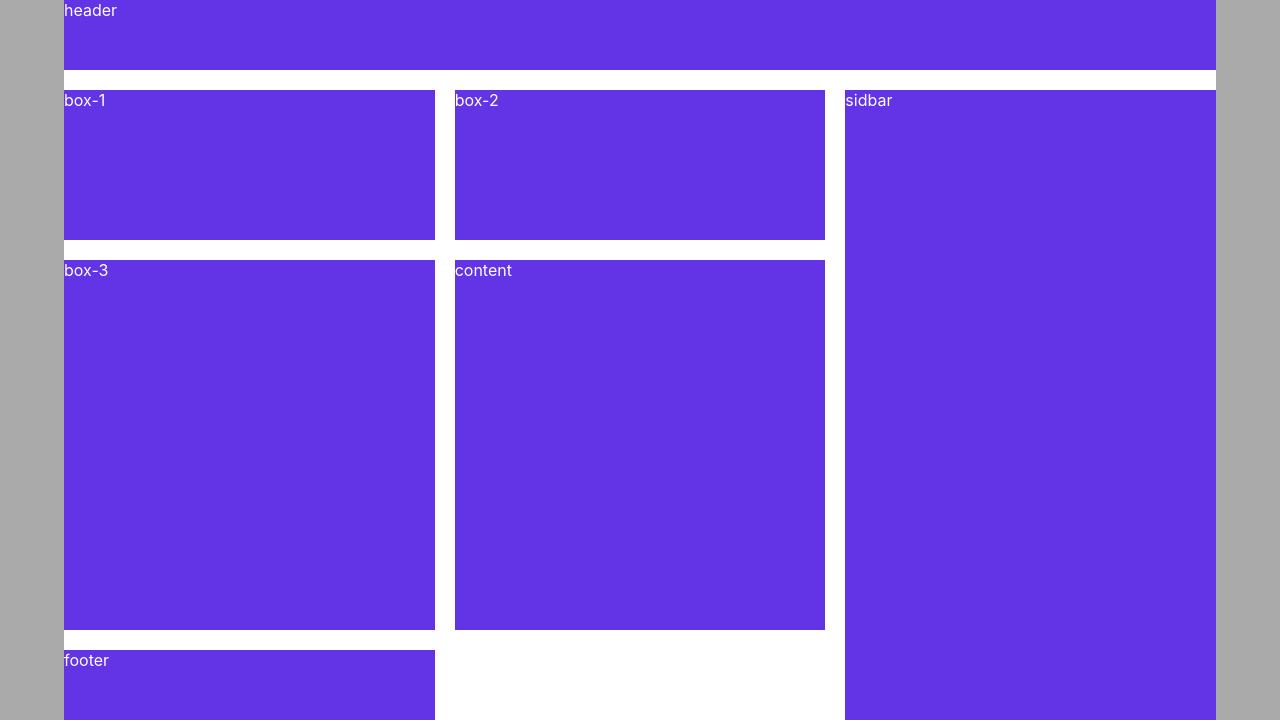
Repository: SD-Mdouka/project_step
Page: /
These files come from the project's save history. The page is drawn as it stood at one moment and after the next save; the edit follows.
The browser window is 1280 px wide. The pictures show the whole page.
The project was rebuilt for these pictures with package versions that can differ from the ones it lists, and the page was loaded fresh each time.

Above is the page before, as saved 2022-09-07 12:52:32.

After the next save:
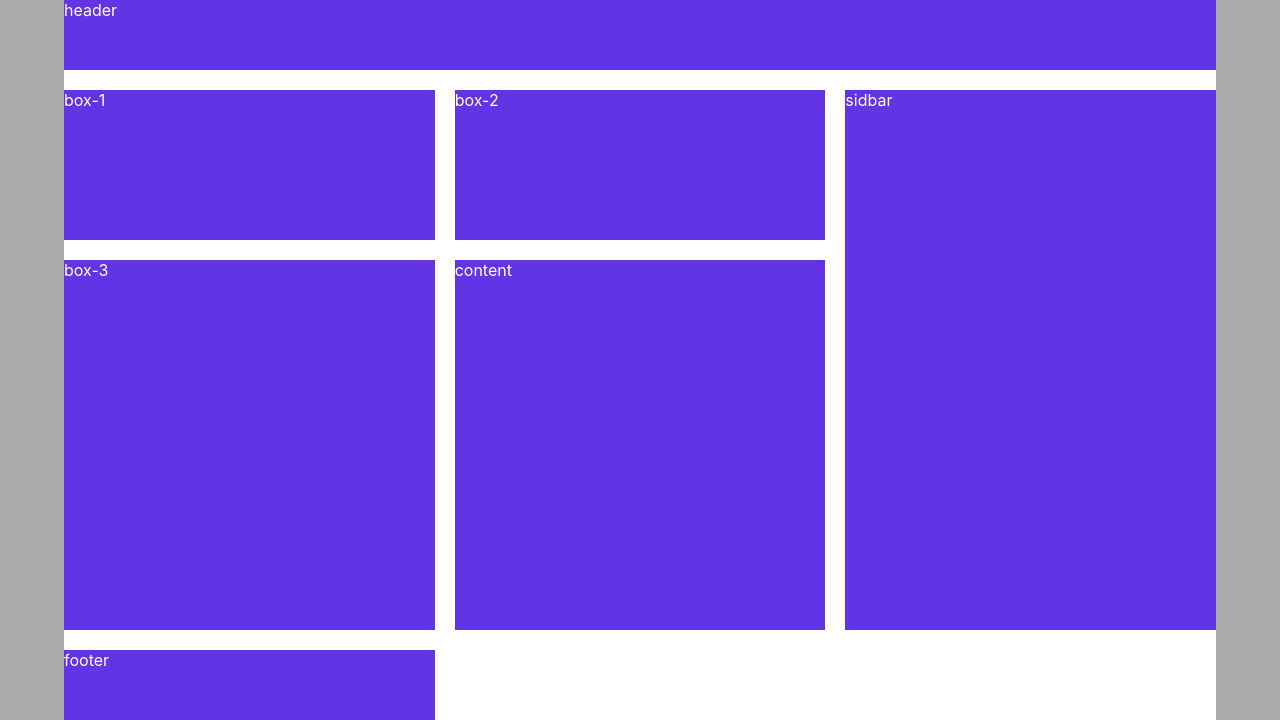
Saved 25 s later.
--- a/src/style-grid.css
+++ b/src/style-grid.css
@@ -20,6 +20,6 @@
 }
 
 .sidebar {
-    grid-row: 2/-1;
+    grid-row: 2/-2;
     grid-column: -2/-1;
 }
